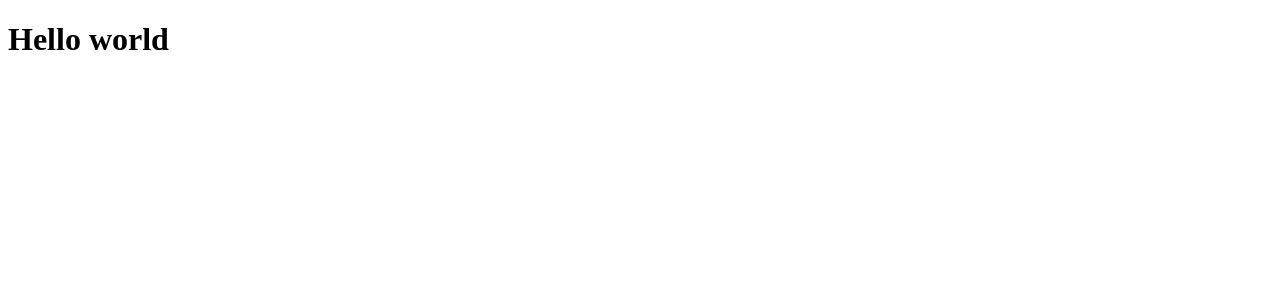
Repository: umairali-bit/SpringMvcProject
Page: http://localhost/SpringMvcProject/
An editor plug-in stored every save of this project. The page is shown before and after the next save, followed by the edit.
The browser window is 1280 px wide. The pictures show the whole page.
The page is served by Tomcat 9. Other server files are loaded and not shown.

Above is the page before, as saved 2022-08-09 15:26:20.

### SpringMvcProject/WebContent/index.jsp
<%@ page language="java" contentType="text/html; charset=UTF-8"
    pageEncoding="UTF-8"%>
<!DOCTYPE html>
<html>
<head>
<meta charset="UTF-8">
<title>Insert title here</title>
</head>
<body>
<h1>Hello world</h1>
</body>
</html>

After the next save:
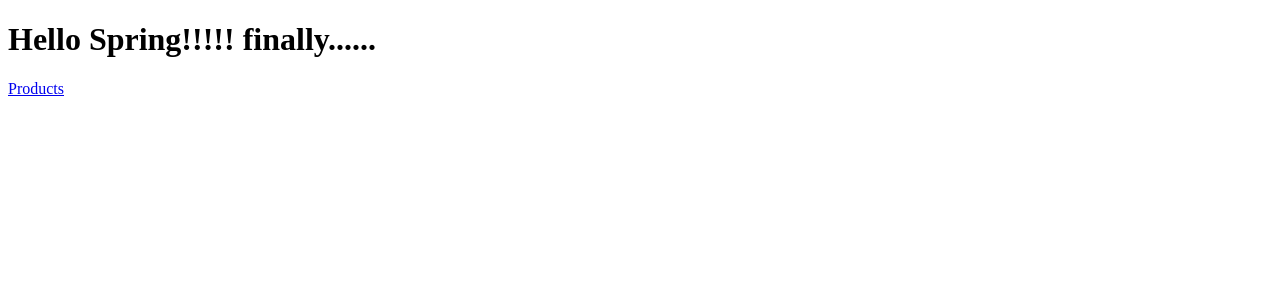
Saved 2 min 1 s later.
--- a/SpringMvcProject/WebContent/index.jsp
+++ b/SpringMvcProject/WebContent/index.jsp
@@ -7,6 +7,7 @@
 <title>Insert title here</title>
 </head>
 <body>
-<h1>Hello world</h1>
+<h1>Hello Spring!!!!! finally......</h1>
+<a href="/products"> Products </a>
 </body>
 </html>
